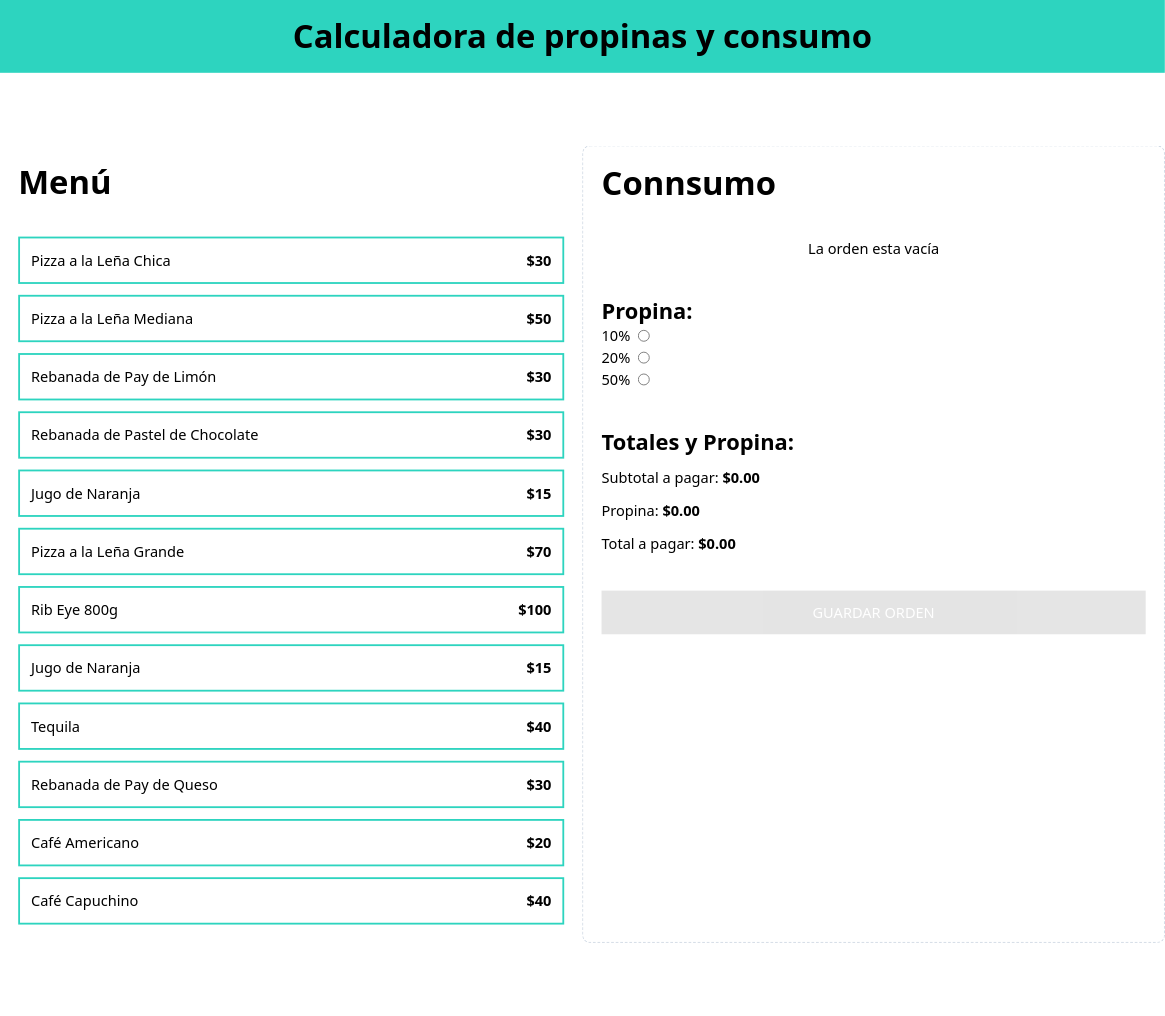
Repository: Samuel-Leal96/calculador_propinas
Page: /
An editor plug-in stored every save of this project. The page is shown before and after the next save, followed by the edit.
The browser window is 1280 px wide. The pictures show the whole page, at 91% of full size.
The project was rebuilt for these pictures with package versions that can differ from the ones it lists, and the page was loaded fresh each time. Also part of the build but not shown: vite.config.ts.

Above is the page before, as saved 2025-10-22 15:57:04.

After the next save:
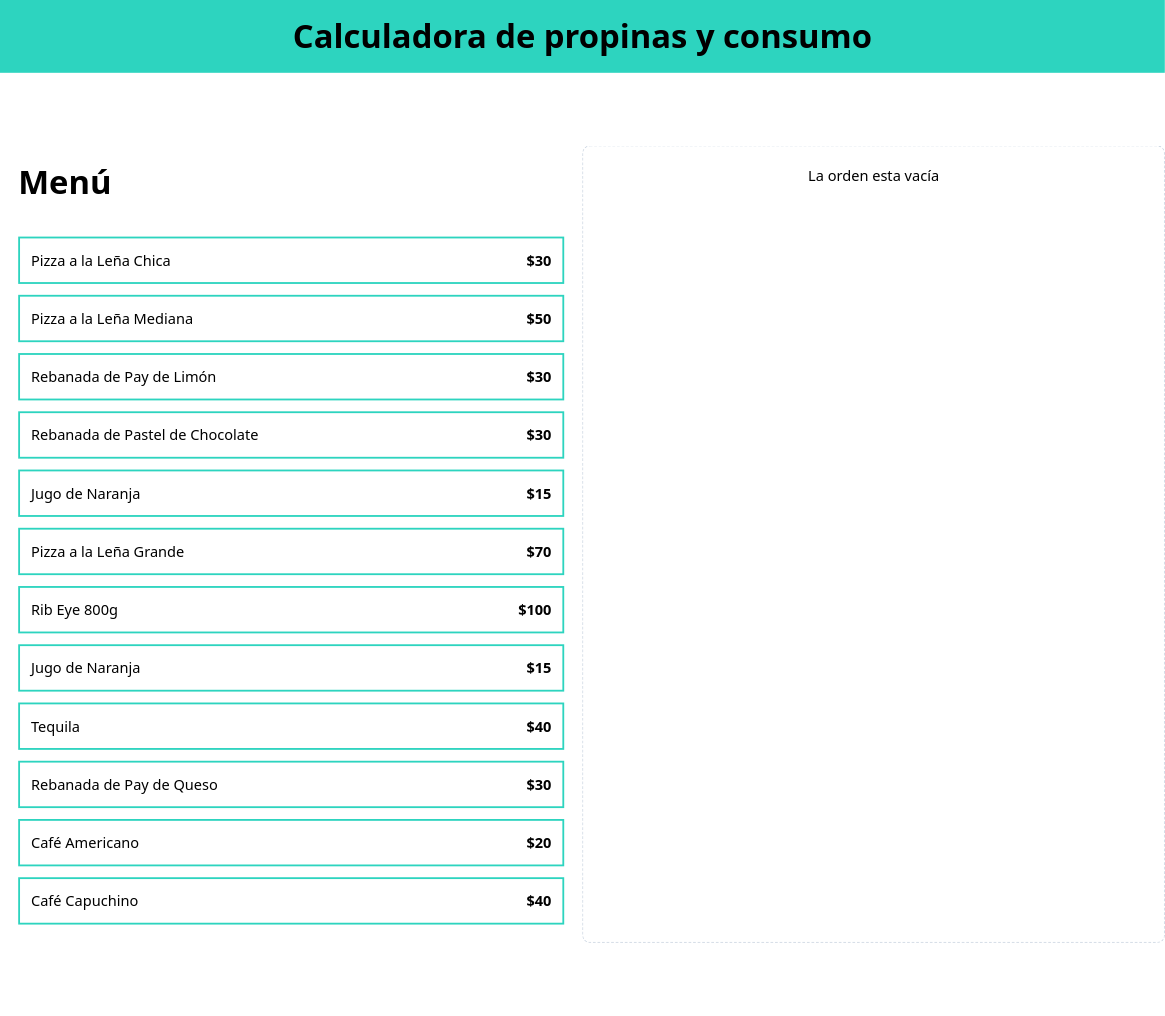
Saved 22 min 21 s later.
--- a/src/App.tsx
+++ b/src/App.tsx
@@ -32,21 +32,30 @@ function App() {
         </div>
 
         <div className="border border-dashed border-slate-300 p-5 rounded-lg space-y-10">
-            <OrderContents
-              order={order}
-              removeItem={removeItem}
-            />
 
-            <TipPercentajeForm
-              setTip={setTip}
-              tip={tip}
-            />
+          {order.length > 0 ? (
+            <>
+              <OrderContents
+                order={order}
+                removeItem={removeItem}
+              />
 
-            <OrderTotal
-              order={order}
-              tip={tip}
-              placeOrder={placeOrder}
-            />
+              <TipPercentajeForm
+                setTip={setTip}
+                tip={tip}
+              />
+
+              <OrderTotal
+                order={order}
+                tip={tip}
+                placeOrder={placeOrder}
+              />
+            </>
+          ) : (
+            <p className="text-center">La orden esta vacía</p>
+          )}
+
+
         </div>
 
       </main>
